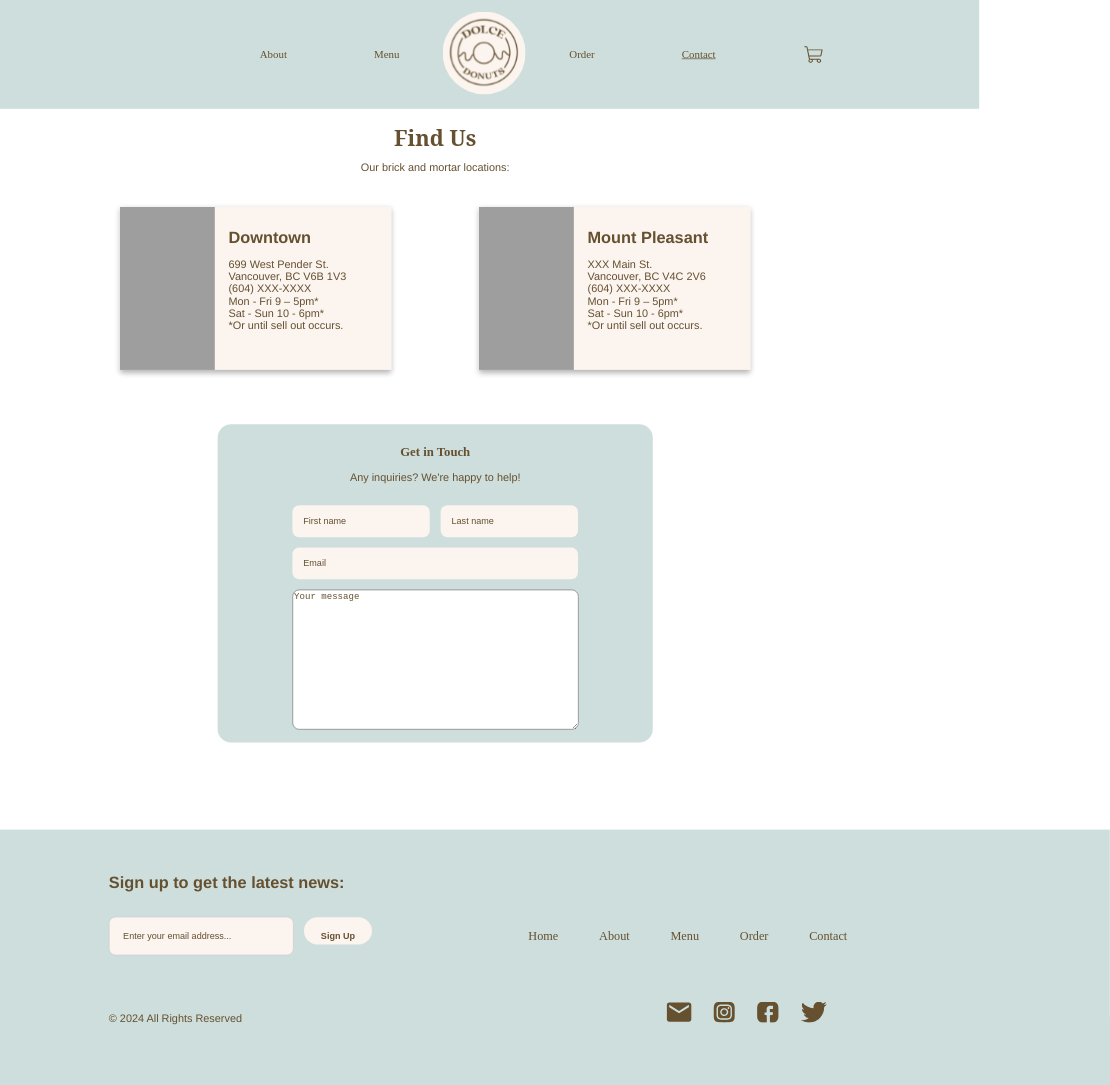
Repository: Crystalhtc/dolcedonuts
Page: /contact
These files come from the project's save history. The page is drawn as it stood at one moment and after the next save; the edit follows.
The browser window is 1280 px wide. The page is 1632 px wide, so the pictures cover 1632 px, including what lies to the right of the window. The pictures show the whole page, at 68% of full size.
Pictures or frames that could not be fetched are drawn as grey boxes. The project was rebuilt for these pictures with package versions that can differ from the ones it lists, and the page was loaded fresh each time. Also part of the build but not shown: vite.config.js, src/pages/Home.module.css, src/pages/Home.jsx, src/components/ProductCard/ProductCard.jsx, src/Data/products.js, src/pages/Order.css, src/pages/Menu.jsx, src/pages/Order.jsx and 13 more.

Above is the page before, as saved 2024-10-20 15:38:37.

### src/App.jsx
import React from 'react';
import "./App.css";
import { BrowserRouter as Router, Route, Routes } from 'react-router-dom';
import Header from './components/Header/Header';
import Footer from './components/Footer/Footer';
import Home from './pages/Home';
import Menu from './pages/menu';
import Order from './pages/order';
import Contact from './pages/Contact';
import About from './pages/About';
import Checkout from './pages/Checkout';
import Cart from './pages/Cart';
import ProductDetails from './pages/ProductDetails';
import PaymentReview from './pages/PaymentReview';

function App() {

  return (
    <Router>
      <Header />
      <Routes>
        <Route path="/" element={<Home />} />
        <Route path="/about" element={<About />} />
        <Route path="/menu" element={<Menu />} />
        <Route path="/order" element={<Order />} />
        {/* <Route path="/productdetails/:id" element={<ProductDetails />} /> */}
        <Route path="/productdetails" element={<ProductDetails />} />
        <Route path="/contact" element={<Contact />} />
        <Route path="/cart" element={<Cart />} />
        <Route path="/checkout" element={<Checkout />} />
        <Route path="/paymentreview" element={<PaymentReview />} />
      </Routes>
      <Footer />
    </Router>
  );
}

export default App;

### src/App.css
@import url('https://fonts.googleapis.com/css2?family=Arimo:ital,wght@0,400..700;1,400..700&display=swap');
@import url('https://fonts.googleapis.com/css2?family=Noto+Serif:ital,wght@0,100..900;1,100..900&display=swap');

:root {
    --mint: #CEDEDC;
    --cream: #FBF4EF;
    --pink: #F5CCD6;
    --dark-pink: #E3BBC5;
    --brown: #655030;
    --dark-brown: #4C3B22;
}
body {
    margin: 0 auto;
}
/* font */
/* heading, button */
h1 {
    font-family: "Noto Serif", serif;
    color: #655030;
    font-size: 28pt;
}
/* subheading */
h2 {
    font-size: 24pt;
    font-family: 'Arimo', sans-serif;
    color: #655030;
}
/* paragraph */
p {
    font-family: 'Arimo', sans-serif;
    color: #655030;
}

.container {
    max-width: 1440px;
    margin: 0 auto;
    height: auto;
    /* padding: 20px;  */
}

### src/components/Header/Header.jsx
import { NavLink } from 'react-router-dom';
import styles from './Header.module.css';
import logo from '../../assets/logo.svg';
import cartIcon from '../../assets/cart-icon.svg';

export default function Header() {
  return (
    <nav className={styles.nav}>
      <ul className={styles.navList}>
        <li className={styles.navItem}>
          <NavLink to="/about" className={({ isActive }) => (isActive ? styles.activeLink : undefined)}>About</NavLink>
        </li>
        <li className={styles.navItem}>
          <NavLink to="/menu" className={({ isActive }) => (isActive ? styles.activeLink : undefined)}>Menu</NavLink>
        </li>
        <li className={styles.logoContainer}>
          <NavLink to="/">
            <img src={logo} alt="Logo" className={styles.logo} />
          </NavLink>
        </li>
        <li className={styles.navItem}>
          <NavLink to="/order" className={({ isActive }) => (isActive ? styles.activeLink : undefined)}>Order</NavLink>
        </li>
        <li className={styles.navItem}>
          <NavLink to="/contact" className={({ isActive }) => (isActive ? styles.activeLink : undefined)}>Contact</NavLink>
        </li>
        <li className={styles.navItem}>
          <NavLink to="/cart" className={({ isActive }) => (isActive ? styles.activeLink : undefined)}>
            <img src={cartIcon} alt="Cart" className={styles.cartIcon} />
          </NavLink>
        </li>
      </ul>
    </nav>
  );
}

### src/components/Footer/Footer.jsx
import React from 'react';
import styles from './Footer.module.css';
import socialMediaIcons from '../../assets/social-media-icons.svg';

const Footer = () => {
    return (
        <footer className={styles.footer}> {/* Use styles for className */}
            <h2 className={styles.signUpMessage}>Sign up to get the latest news:</h2>

            <div className={styles.topContainer}>
                <div className={styles.newsletterSignup}> {/* Use styles for className */}
                    <input type="email" placeholder="Enter your email address..." />
                       <button className={styles.signupButton}>Sign Up</button> {/* Use styles for className */}
                </div>

                 <div className={styles.footerLinks}>
                     <ul className={styles.linkList}>
                        <li><a href="/">Home</a></li>
                        <li><a href="/about">About</a></li>
                        <li><a href="/menu">Menu</a></li>
                        <li><a href="/order">Order</a></li>
                        <li><a href="/contact">Contact</a></li>
                    </ul>
                </div>
            </div>

            <div className={styles.footerBottomContainer}>
                <p>© 2024 All Rights Reserved</p>
                <div className={styles.socialMedia}> {/* Use styles for className */}
                    <img src={socialMediaIcons} alt="Social Media Icons" />
                </div>
            </div>
        </footer>
    );
};

export default Footer;

### src/pages/Contact.jsx
import styles from './Contact.module.css';
import Form from '../components/ContactUsForm/ContactForm';

export default function Contact() {
    return(
        <div className={styles.contactUsContainer}>
            <h1 className={styles.contactUsH1}>Find Us</h1>
            <p>Our brick and mortar locations:</p>
                <div className={styles.contactUsCardContainer}>
                    <div className={styles.contactUsCard}>
                        <div className={styles.locationOne}>
                            <img src="https://images.unsplash.com/photo-1574033566548-f6c3f48cc11e?q=80&w=2160&auto=format&fit=crop&ixlib=rb-4.0.3&ixid=M3wxMjA3fDB8MHxwaG90by1wYWdlfHx8fGVufDB8fHx8fA%3D%3D"
                            alt="cafe table 1"
                            width={140}
                            height={240}
                            className={styles.contactUsImg}
                            />
                            <div>
                                <h2 className={styles.contactUsText}>Downtown</h2>
                                    <p className={styles.contactUsText}> 699 West Pender St.
                                    <br/>
                                    Vancouver, BC V6B 1V3
                                    <br/>
                                    (604) XXX-XXXX
                                    <br/>
                                    Mon - Fri  9 – 5pm*
                                    <br/>
                                    Sat - Sun 10 - 6pm*
                                    <br/>
                                    *Or until sell out occurs.
                                    </p>
                            </div>

                        </div>
                    </div>

                    <div className={styles.contactUsCard}>
                        <div className={styles.locationOne}>
                            <img src="https://images.unsplash.com/photo-1613274554329-70f997f5789f?q=80&w=2574&auto=format&fit=crop&ixlib=rb-4.0.3&ixid=M3wxMjA3fDB8MHxwaG90by1wYWdlfHx8fGVufDB8fHx8fA%3D%3D"
                            alt="cafe table 2"
                            width={140}
                            height={240}
                            className={styles.contactUsImg}
                            />
                            <div>
                                <h2 className={styles.contactUsText}>Mount Pleasant</h2>
                                    <p className={styles.contactUsText}> XXX Main St.
                                    <br/>
                                    Vancouver, BC V4C 2V6
                                    <br/>
                                    (604) XXX-XXXX
                                    <br/>
                                    Mon - Fri  9 – 5pm*
                                    <br/>
                                    Sat - Sun 10 - 6pm*
                                    <br/>
                                    *Or until sell out occurs.
                                    </p>
                            </div>
                        </div>
                    </div>
                </div>
            <Form/>
        </div>
    )
}

### src/components/Header/Header.module.css
.nav {
    width: 1440px;
    height: 160px;
    background-color: var(--mint);
    display: flex;
    justify-content: center;
    flex-shrink: 0;
    margin: auto;
}

.navList {
    list-style-type: none;
    display: flex;
    justify-content: center;
    align-items: center;
    margin: 0;
    padding: 0;
    width: 100%;

    margin-left: 11%;
}

.navItem {
    margin: 0 4rem;
}

.navItem a {
    text-decoration: none;
    color: var(--brown);
}

.logoContainer {
    flex: 0 0 auto;
}

.logo {
    width: 122px;
    height: 122px;
    object-fit: contain;
}

.cartIcon {
    width: 36px;
    height: auto;
}

.navItem .activeLink {
    text-decoration: underline;
    color: var(--brown);
}

### src/components/Footer/Footer.module.css
.footer {
    width: 1440px;
    height: 312px;
    background-color: var(--mint);
    padding: 2rem;
    color: var(--brown);
    padding-left: 10rem;
    flex-shrink: 0;
    margin: auto;
}

.topContainer {
    display: flex;
    align-items: center;
    gap: 10rem;
}

.footerBottomContainer {
    display: flex;
    margin-top: 3rem;
    gap: 39rem;
}

.newsletterSignup input {
    padding: 20px;
    width: 230px;
    border: 1px solid #ccc;
    background-color: var(--cream);
    border-radius: 10px;
}

.signupButton {
    width: 100px;
    padding: 20px;
    margin-left: 15px;
    background-color: var(--cream);
    color: var(--brown);
    font-weight: bold;
    border: none;
    border-radius: 20px;
}

.footerLinks {
    margin: 20px 0;
    display: flex;
    font-size: large;
}

.linkList a {
    color: var(--brown);
    list-style-type: none;
    text-decoration: none;
}

.linkList li {
    text-decoration: none;
    display: inline;
    margin: 0 30px;
}

.socialMedia img {
    width: 250px;
    height: auto;
}

### src/pages/Contact.module.css
.contactUsContainer {
    text-align: center;
}

.contactUsH1 {
    margin-bottom: -2px;
}

.contactUsCardContainer {
    display: flex;
    gap: 10%;
    justify-content: center;
    margin-top: 3rem;
}

.locationOne {
    display: flex;
}

.contactUsText {
    text-align: left;
    padding-left: 20px;
}

.contactUsCard {
    background-color: var(--cream);
    width: 400px;
    box-shadow: 0 4px 8px rgba(0, 0, 0, 0.3);
    margin-bottom: 5rem;
}

### src/components/ContactUsForm/ContactForm.jsx
import { useState } from "react";
import styles from './ContactForm.module.css';

export default function Form() {
    const [firstName, setFirst] = useState('');
    const [lastName, setLast] = useState('');
    const [submitted, setSubmitted] = useState(false);

    const handleSubmission = async (e) => {
        e.preventDefault();
        console.log('Thank you for your inquiry!');
        setSubmitted(true);
    };

    return (
        <>
            {submitted ? (
                <div className={styles.successfulMessage}>
                    <h2>Thank you for your inquiry!</h2>
                    <p>You will hear from us within 14 business days.</p>
                </div>
            ) : (
                <form onSubmit={handleSubmission} className={styles.formContainer}>
                    <div className={styles.nameContainer}>
                        <h3>Get in Touch</h3>
                        <p>Any inquiries? We're happy to help!</p>
                        <div className={styles.nameFieldContainer}>
                            <div className={styles.nameField}>
                                <input
                                    className={styles.inputWidth}
                                    name="firstName"
                                    placeholder="First name"
                                    type="text"
                                    value={firstName}
                                    onChange={(e) => setFirst(e.target.value)}
                                    required
                                />
                            </div>
                            <div className={styles.nameField}>
                                <input
                                    className={styles.inputWidth}
                                    name="lastName"
                                    placeholder="Last name"
                                    type="text"
                                    value={lastName}
                                    onChange={(e) => setLast(e.target.value)}
                                    required
                                />
                            </div>
                        </div>
                        <div className={styles.formPlaceholders}>
                            <input className={styles.emailPlaceholder} type="email" name="email" placeholder="Email"/>
                        </div>

                        <div className={styles.formPlaceholders}>
                            <textarea className={styles.messagePlaceholder} name="message" placeholder="Your message"></textarea>
                        </div>
                    </div>

                </form>
            )}
        </>
    );
}

{/* <div className={styles.contactFormContainer}>
            <h2>Get in touch</h2>
            <p>Any inquiries? We're happy to help.</p>
            <form className={styles.form}>
                <div className={styles.formPlaceholdersName}>
                    <input type="text" name="firstName" placeholder="First name"/>
                    <br/>
                    <input type="text" name="lastName" placeholder="Last name"/>
                </div>

                <div className={styles.formPlaceholders}>

                </div>

                <div className={styles.formPlaceholders}>
                    <input type="email" name="email" placeholder="Email"/>
                </div>

                <div className={styles.formPlaceholders}>
                    <textarea name="message" placeholder="Your message"></textarea>
                </div>
            </form>
        </div> */}

### src/pages/Checkout.module.css
.checkoutContainer {
    display: flex;
    align-items: center;
    justify-content: center;
}

input {
    background-color: var(--cream);
    border: none;
    padding: 1rem;
    border-radius: 4px;
}

.contactInputs {
    display: flex;
    flex-direction: column;
}

.checkoutContainer {
    display: flex;
    justify-content: space-between;
    align-items: start;
    padding: 2rem;
    max-width: 1200px;
    margin: 0 auto;
    gap: 3rem;
}

.leftColumn {
    flex: 2;
}

.rightColumn {
    flex: 1;
    padding: 2rem;
    height: fit-content;
    border-left: 1px solid var(--brown);
}

::placeholder {
    color: var(--brown);
}

h3 {
    color: var(--brown);
}

/* Contact Section */
.contactInputs {
    display: flex;
    flex-direction: column;
    gap: 1rem;
}

/* Delivery Section */
.deliveryOptions {
    display: flex;
    flex-direction: column;
    align-items: center;
}

.deliveryToggle {
    display: flex;
    align-items: center;
    gap: 1rem;
    margin: 1rem 0;
    background-color: var(--cream);
    border-radius: 10px;
    padding: 0.5rem;
    width: 60%;
}

/* Delivery Toggle Buttons */
.deliveryToggle {
    display: flex;
    gap: 1rem; /* Space between buttons */
}

.deliveryToggle button {
    padding: 0.75rem 1rem;
    border: none;
    border-radius: 20px;
    cursor: pointer;
    flex: 1;
    transition: background-color 0.3s ease; /* Smooth transition */
}

/* Default styles */
.pickupButton {
    background-color: transparent; /* Inactive state */
    color: var(--brown); /* Text color */
}

.deliveryButton {
    background-color: transparent; /* Inactive state */
    color: var(--brown); /* Text color */
}

/* Active styles */
.pickupButton.active,
.deliveryButton.active {
    background-color: var(--mint); /* Active button color */
}

/* Hover state */
.deliveryToggle button:hover {
    background-color: pink; /* Hover state */
}

/* Optional: Set a specific color for inactive buttons' text */
.deliveryToggle button:not(.active) {
    color: var(--brown); /* Change to desired inactive text color */
}

.addresses {
    display: flex;
    flex-direction: column;
    gap: 1rem;
}

.downtown, .mountPleasant {
    background-color: var(--cream);
    border-radius: 10px;
    padding: 1rem;
    display: flex;
    gap: 1rem;
    align-items: start;
}


/* Payment Section */
.paymentContainer {
    margin: 1rem 0;
}

.creditCardTitle {
    background: var(--mint);
    padding: 0.5rem 1rem;
    margin-bottom: 1rem;
}

.paymentInputs {
    display: flex;
    flex-direction: column;
    gap: 1rem;
}

.fullWidthInput input {
    width: 100%;
}

.halfWidthInput {
    display: flex;
    justify-content: space-between;
}

.firstHalfInput {
    width: 100%;
}

.secondHalfInput {
    width: 100%;
    display: flex;
    justify-content: end;
}

.firstHalfInput input {
    width: 90%;
}

.secondHalfInput input {
    width: 90%;
}

.halfWidthInputField input {
    width: 50%
}

.paymentInputs > div {
    display: flex;
    gap: 1rem;
}

/* Right Column Styling */
.checkoutProducts {
    display: flex;
    flex-direction: column;
    gap: 1rem;
    margin-bottom: 2rem;
}

.discountCode {
    display: flex;
    gap: 1rem;
    margin-bottom: 2rem;
    height: 3rem;
}

.discountInput {
    flex: 1;
    background: none;
    border: 2px solid var(--mint);
}

.discountButton {
    height: 3rem;
    padding: 0 1.5rem;
    background: none;
    border: none;
    border-radius: 10px;
    cursor: pointer;
    background: var(--cream);
}

.discountButton:hover {
    background: var(--brown);
    color: var(--cream);
}

.price {
    display: flex;
    flex-direction: column;
    margin-bottom: 2rem;
}

.subtotal, .tax, .total {
    display: flex;
    justify-content: space-between;
    align-items: center;
}

.total {
    font-weight: bold;
    font-size: 1.2rem;
    border-top: 1px solid #ccc;
    padding-top: 1rem;
}

/* Section Headers */
h1 {
    margin-bottom: 2rem;
    font-size: 2rem;
}

h2 {
    margin: 2rem 0 1rem 0;
    font-size: 1.5rem;
}

/* Responsive Design */
@media (max-width: 768px) {
    .checkoutContainer {
        flex-direction: column;
        padding: 1rem;
    }

    .rightColumn {
        width: 100%;
    }

    .paymentInputs > div,
    .addressInputs > div {
        flex-direction: column;
    }
}

### src/pages/PaymentReview.module.css

.reviewContainer > h1 {
    margin: 2rem auto;
    text-align: center;
    color: var(--brown);
}

.orderReview {
    display: flex;
    justify-content: space-between;
    align-items: start;
    width: 100%;
    gap: 2rem;
}

.orderDetails {
    flex: 2;
    margin-left: 2rem;
}

.orderSummary {
    flex: 1;
    padding: 2rem;
    height: fit-content;
    border-left: 1px solid var(--brown);
}

.orderTable {
    border-collapse: collapse;
    background: var(--cream);
}

.orderTable tr {
    border: 1px solid var(--brown);
}

.orderTable td {
    padding: 1rem;
    color: var(--brown);
}

.orderTable td:first-child {
    font-weight: bold;
    width: 30%;
}

.productList {
    display: flex;
    flex-direction: column;
    gap: 1rem;
    margin-bottom: 2rem;
}

.productCard {
    display: flex;
    gap: 1rem;
    padding: 1rem;
    border: 1px solid var(--brown);
    background-color: var(--cream);
    align-items: start;
    justify-content: start;
}

.productImage {
    width: 80px;
    height: 80px;
    background-color: #f0f0f0;
    border-radius: 4px;
}

.productInfo {
    flex: 1;
    color: var(--brown);
}

.productName {
    font-size: 1.2rem;
    font-weight: bold;
    color: var(--brown);
}

.productPrice {
    color: var(--brown);
    font-weight: bold;
}

.priceSummary {
    display: flex;
    flex-direction: column;
    margin-bottom: 2rem;
}

.subtotal, .tax, .total {
    display: flex;
    justify-content: space-between;
    align-items: center;
    color: var(--brown);
}

.total {
    font-weight: bold;
    font-size: 1.2rem;
    border-top: 1px solid var(--brown);
    padding-top: 1rem;
}

.continueButtonContainer {
    width: 100%;
    display: flex;
    justify-content: center;
    margin-top: 2rem;
}

.continueButton {
    width: 50%;
}

/* Section Headers */
h1 {
    margin-bottom: 2rem;
    font-size: 2rem;
    color: var(--brown);
}

/* Responsive Design */
@media (max-width: 768px) {
    .reviewContainer {
        padding: 1rem;
    }

    .orderSummary {
        width: 100%;
        border-left: none;
        border-top: 1px solid var(--brown);
        padding-top: 2rem;
    }

    .continueButton button {
        width: 100%;
    }

    .orderTable td {
        display: block;
        width: 100%;
    }

    .orderTable td:first-child {
        width: 100%;
        padding-bottom: 0;
    }
}

### src/components/ProductCard/ProductCard.module.css
.container {
    width: 340px;
    height: 530px;
    border-radius: 8px;
    padding: 18px 8px;
    box-shadow: 0px 4px 4px 0px rgba(0, 0, 0, 0.25);
    display: flex;
    flex-direction: column;
    align-items: center;
}
.priceAndButton {
    display: flex;
    flex-direction: row;
    align-items: center;
    gap: 10em;
}
button {
    width: 95px;
    height: 36px;
    border-radius: 8px;
    border: none;
    color: var(--brown);
    background: var(--Cream, #FBF4EF);
}
button h2 {
    margin: 0;
}

### src/components/ContactUsForm/ContactForm.module.css
.form {
    justify-content: left;
    text-align: left;
}
.formPlaceholdersName {
    display: flex;
}

.contactFormContainer {
    text-align: center;
}

.nameFieldContainer {
    display: flex;
    justify-content: center;
    gap: 1rem;
    padding-top: 15px;
    padding-bottom: 15px;

}

.formPlaceholders {
 padding-bottom: 15px;
}

.inputWidth{
    width: 170px;
    border-radius: 10px;
}

.emailPlaceholder {
    width: 388px;
    border-radius: 10px;
}

.messagePlaceholder {
    width: 415px;
    max-width: 415px;
    min-width: 415px;
    height: 200px;
    min-height: 200px;
    max-height: 250px;
    border-radius: 10px;
    border-color: none;
    background-color: var();
}

form {
    background-color: var(--mint);
    margin-left: 25%;
    margin-right: 25%;
    margin-bottom: 10%;
    padding-top: 10px;
    border-radius: 20px;
}

Loaded but not shown: index.html (common file); src/main.jsx (common file)

After the next save:
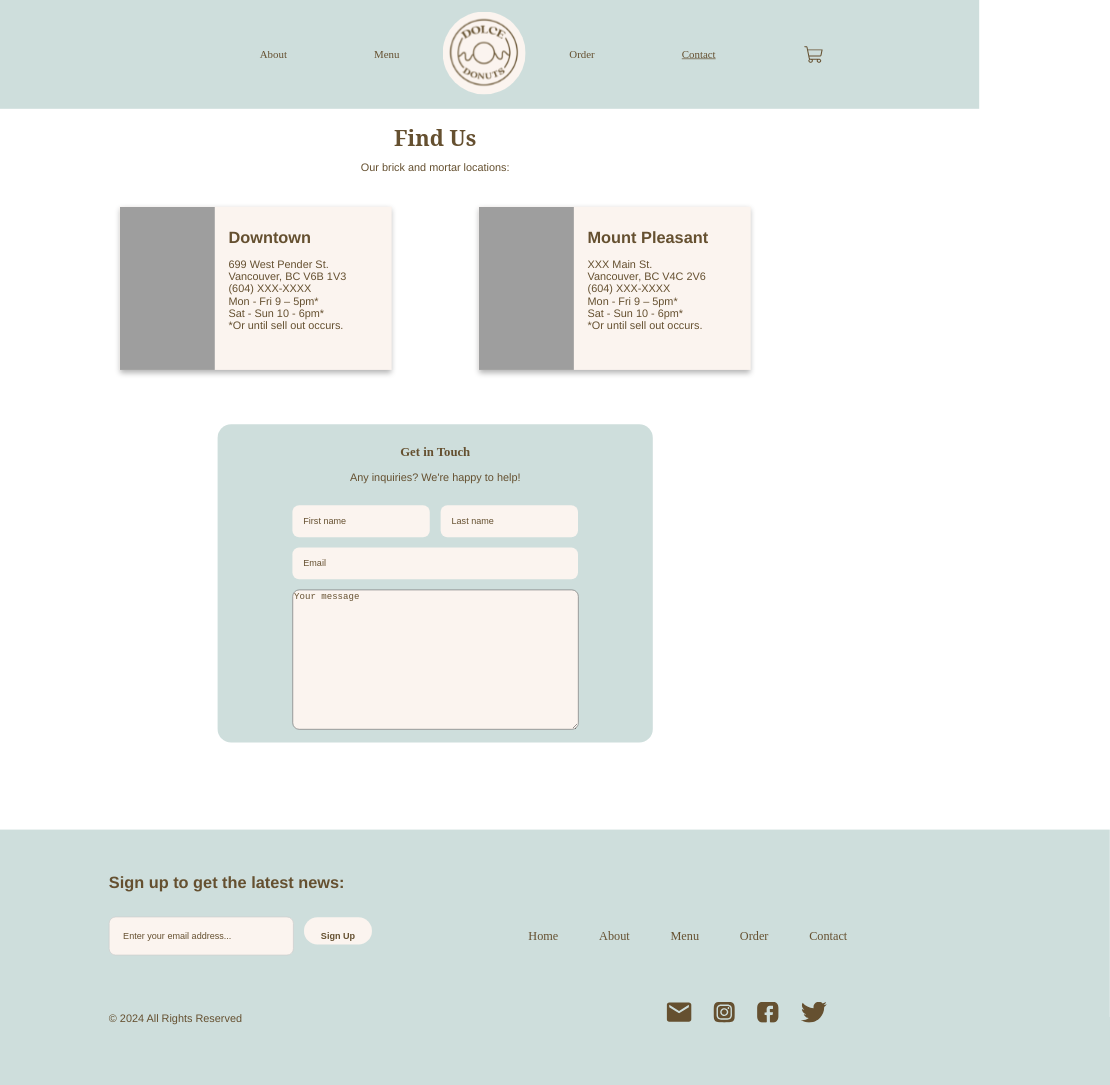
Saved 7 s later.
--- a/src/components/ContactUsForm/ContactForm.module.css
+++ b/src/components/ContactUsForm/ContactForm.module.css
@@ -42,7 +42,7 @@
     max-height: 250px;
     border-radius: 10px;
     border-color: none;
-    background-color: var();
+    background-color: var(--cream);
 }
 
 form {
